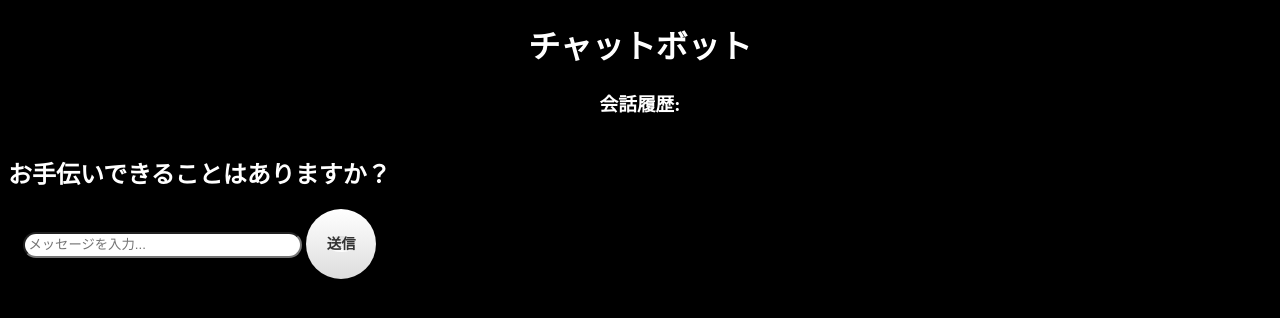
Repository: takumidayo0904/chatbot
Page: http://localhost/ChatBot/
The author's editor kept a copy of each file at every save. The page is drawn from the files as they stood at one save, then again after the next save.
The browser window is 1280 px wide. The pictures show the whole page.
The page is served by Tomcat 9.

Above is the page before, as saved 2025-02-03 10:05:12.

After the next save:
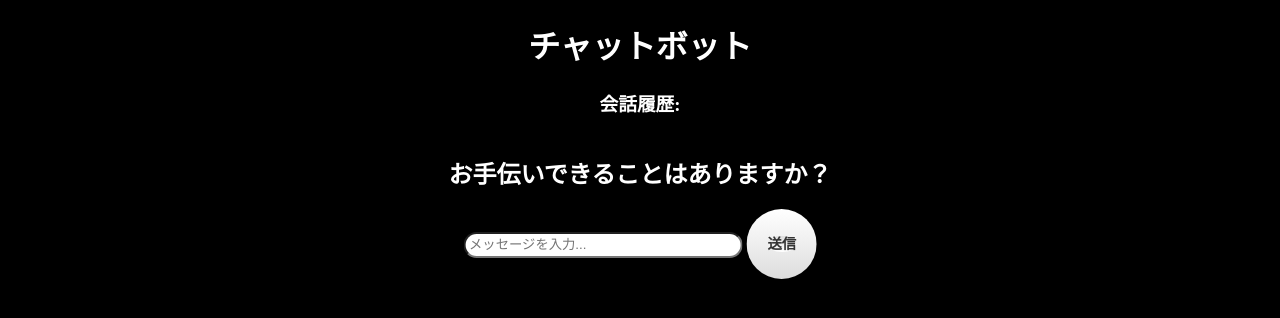
Saved 2 min 46 s later.
--- a/ChatBot/WebContent/index.jsp
+++ b/ChatBot/WebContent/index.jsp
@@ -58,7 +58,8 @@
 
 .chat-input {
 	position: fixed;
-	text-align: center;
+	left: 50%;
+	transform: translateX(-50%);
 }
 </style>
 </head>
